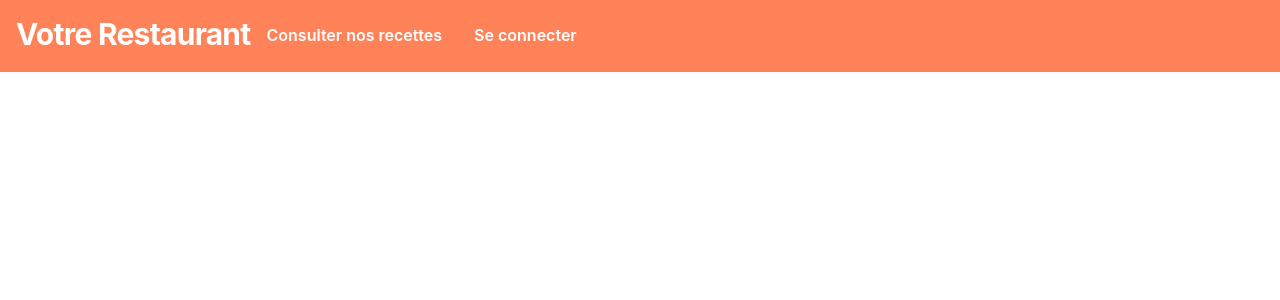
Repository: Ecaron76/tp-restau-next
Page: /
These files come from the project's save history. The page is drawn as it stood at one moment and after the next save; the edit follows.
The browser window is 1280 px wide. The pictures show the whole page.
The project was rebuilt for these pictures with package versions that can differ from the ones it lists, and the page was loaded fresh each time. The framework's server and built-in components were replaced by stand-ins that run in the browser. Also part of the build but not shown: next.config.mjs.

Above is the page before, as saved 2024-02-25 18:08:03.

After the next save:
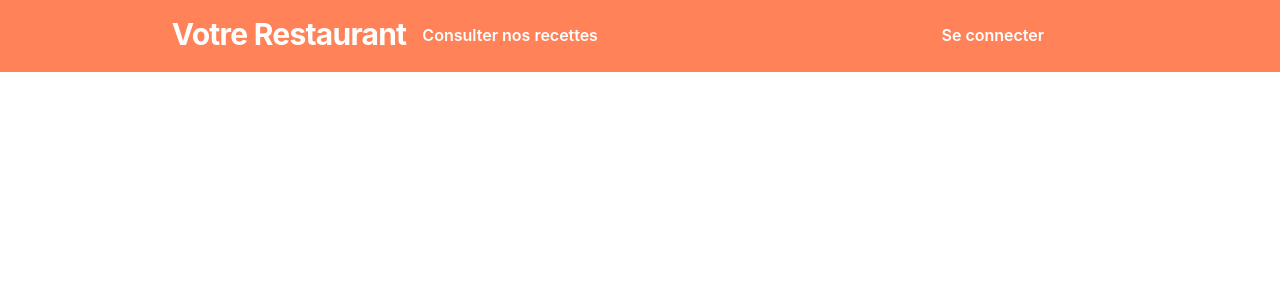
Saved 7 s later.
--- a/src/components/Header/Header.tsx
+++ b/src/components/Header/Header.tsx
@@ -4,7 +4,7 @@ import NextLink from 'next/link'; // Pour gérer la navigation entre les pages
 const Header = () => {
   return (
     <Box bg="brand.300" p={4} color="white">
-      <Flex alignItems="center" maxW="1200px"  justifyContent='space-arround'>
+      <Flex alignItems="center" maxW="1200px"  justifyContent='space-around'>
         {/* Logo ou Nom du restaurant */}
         <Box display={'flex'}>
         <Heading as="h1" size="lg" letterSpacing="tight">
